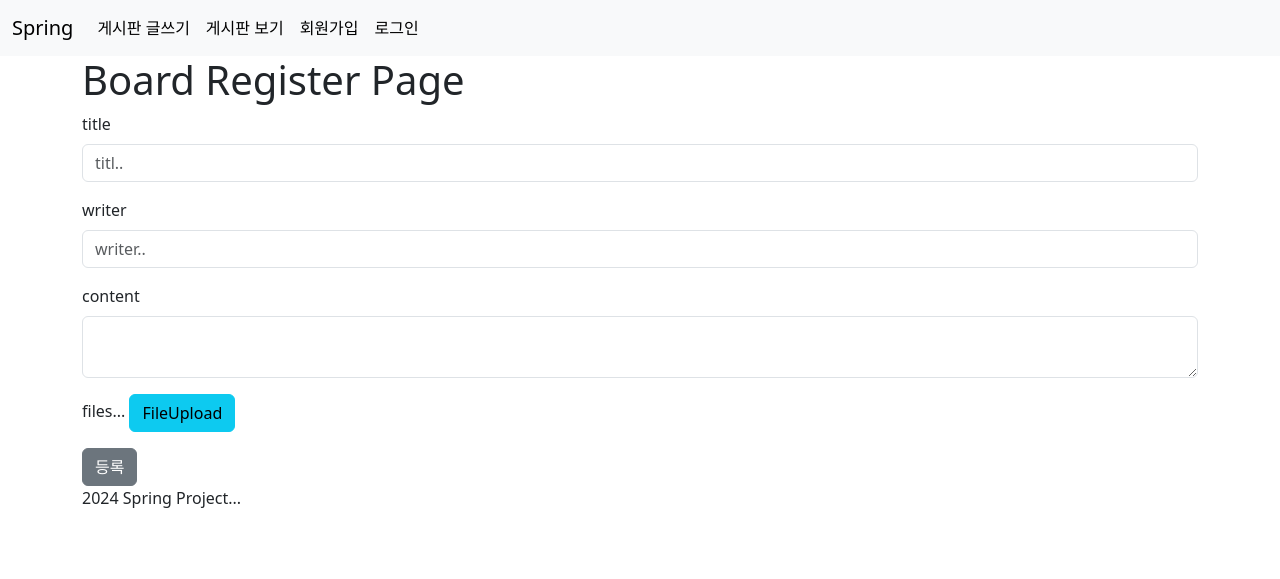
Repository: dlfhrrl12/springtest
Page: http://localhost/spring_study/WEB-INF/views/board/register.jsp
An editor plug-in stored every save of this project. The page is shown before and after the next save, followed by the edit.
The browser window is 1280 px wide. The pictures show the whole page.
The page is served by Tomcat 9. Nobody is signed in. The template is opened directly, without the code that normally fills it, so the values that code supplies are empty.

Above is the page before, as saved 2024-04-29 01:36:30.

After the next save:
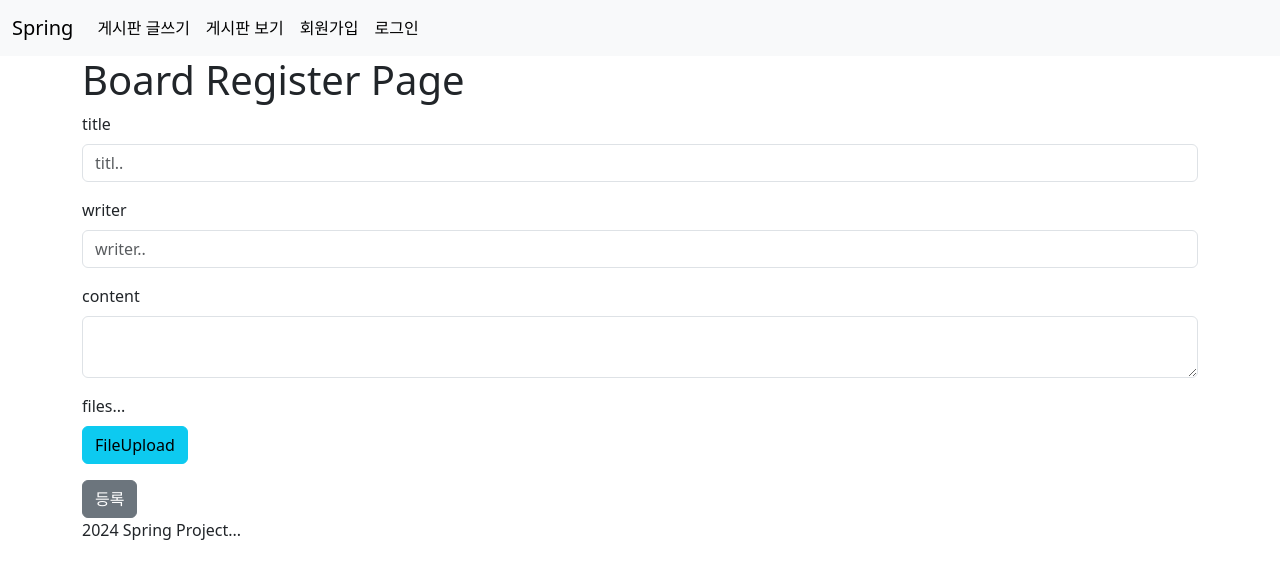
Saved 9 s later.
--- a/spring_study/src/main/webapp/WEB-INF/views/board/register.jsp
+++ b/spring_study/src/main/webapp/WEB-INF/views/board/register.jsp
@@ -20,7 +20,7 @@
 			<!-- 파일 입력 라인 추가 -->
 			<div class="mb-3">
 		  		<label for="file" class="form-label">files...</label>
-		  		<input type="file" class="form-control" name="files" id="file" multiple="multiple" style="display: none;">
+		  		<input type="file" class="form-control" name="files" id="file" multiple="multiple" style="display: none"> <br>
 		  		<button type="button" class="btn btn-info">FileUpload</button>
 			</div>
 			<button type="submit" class="btn btn-secondary">등록</button>
